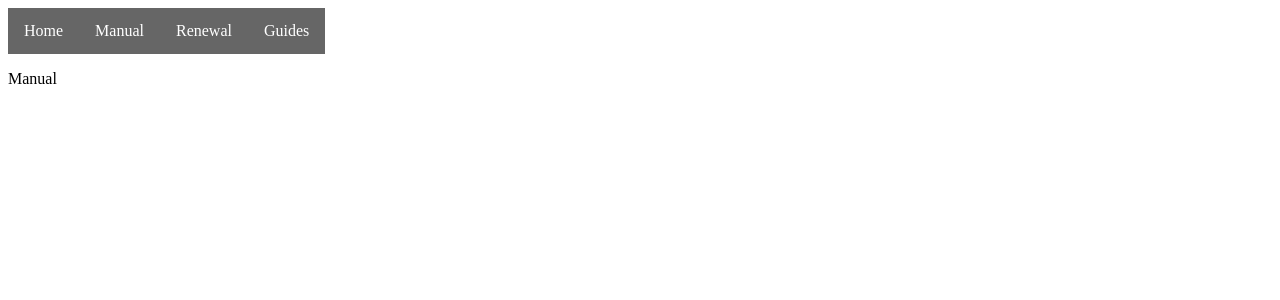
Repository: muesinga/ticketoffice-dot-info
Page: guides/manual.html
An editor plug-in stored every save of this project. The page is shown before and after the next save, followed by the edit.
The browser window is 1280 px wide. The pictures show the whole page.

Above is the page before, as saved 2022-06-07 15:15:24.
Console error: TypeError: Cannot read properties of null (reading 'getElementsByClassName')

After the next save:
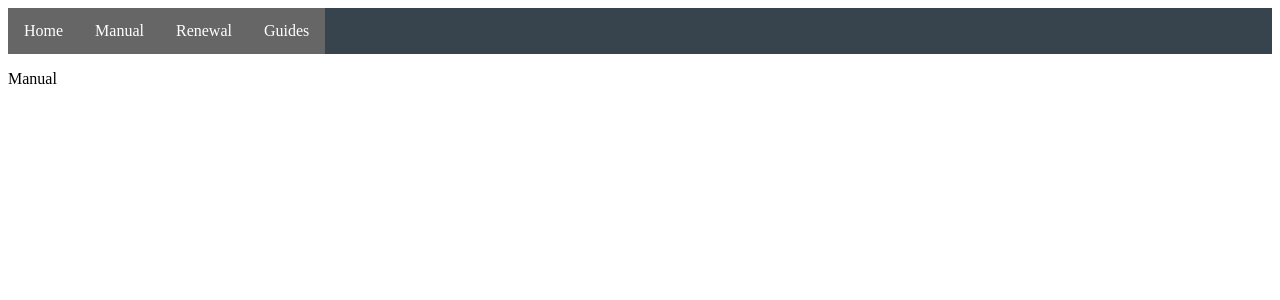
Saved 27 s later.
--- a/style/style.css
+++ b/style/style.css
@@ -4,7 +4,7 @@
   padding: 0;
   overflow: hidden;
   width: 100%;
-  /* background-color: #38444d; */
+  background-color: #38444d;
 }
 .navlink {
   border: none;
